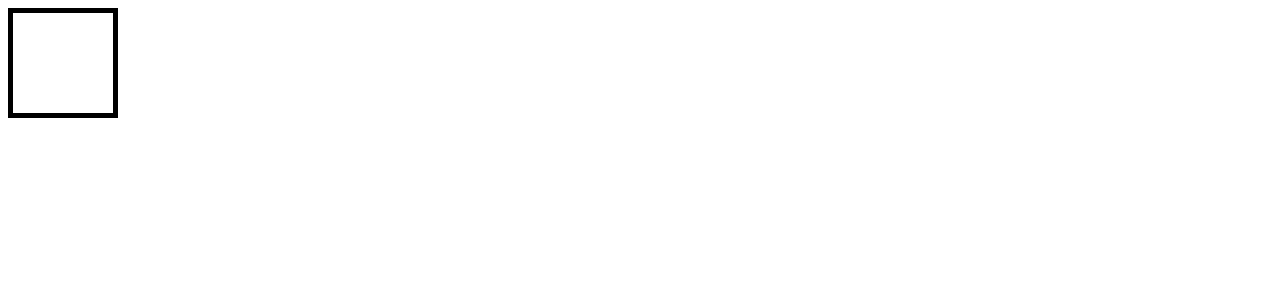
Repository: hojohe/bit-java
Page: 07_css/WebContent/14_transform/06_connect.html
The author's editor kept a copy of each file at every save. The page is drawn from the files as they stood at one save, then again after a run of saves.
The browser window is 1280 px wide. The pictures show the whole page.

Above is the page before, as saved 2017-01-25 01:59:29.

### 07_css/WebContent/14_transform/06_connect.html
<!DOCTYPE html>
<html>
<head>
    <title>CSS3 Transform Basic</title>
    <style>
    	section {
    	width: 100px; height:100px;
    		border: 5px solid black;
    	}
    	div > .a {
    		width: 100px; height:100px;
    		background: red;

    		transform: rotate(30deg) translateX(30px);
    		transform: translateX(30px) rotate(30deg);
    	}
    	div > .b {
    		width: 100px; height:100px;
    		background: red;

    	}
    </style>
</head>
<body>
    <section>
        <div class="a"></div>
    </section>
</body>
</html>

After the next 4 saves:
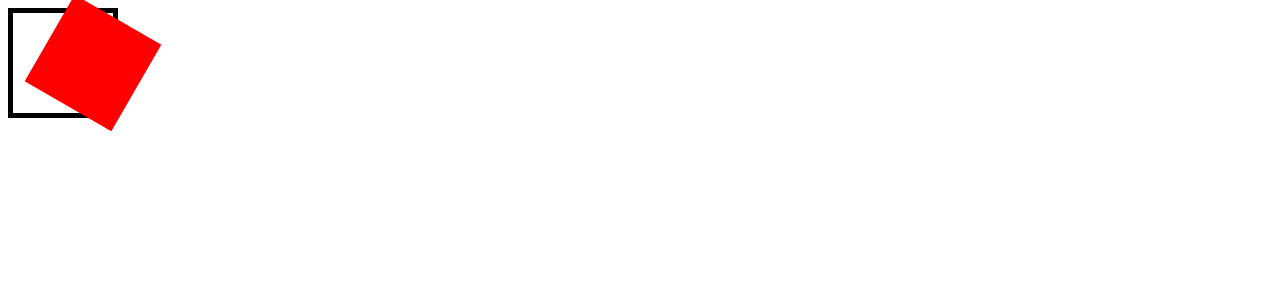
The 4 saves are shown as one change because they came seconds apart.
The last was saved 12 s later.
--- a/07_css/WebContent/14_transform/06_connect.html
+++ b/07_css/WebContent/14_transform/06_connect.html
@@ -7,23 +7,19 @@
     	width: 100px; height:100px;
     		border: 5px solid black;
     	}
-    	div > .a {
+    	div {
     		width: 100px; height:100px;
     		background: red;
 
     		transform: rotate(30deg) translateX(30px);
     		transform: translateX(30px) rotate(30deg);
     	}
-    	div > .b {
-    		width: 100px; height:100px;
-    		background: red;
 
-    	}
     </style>
 </head>
 <body>
     <section>
-        <div class="a"></div>
+        <div></div>
     </section>
 </body>
 </html>
